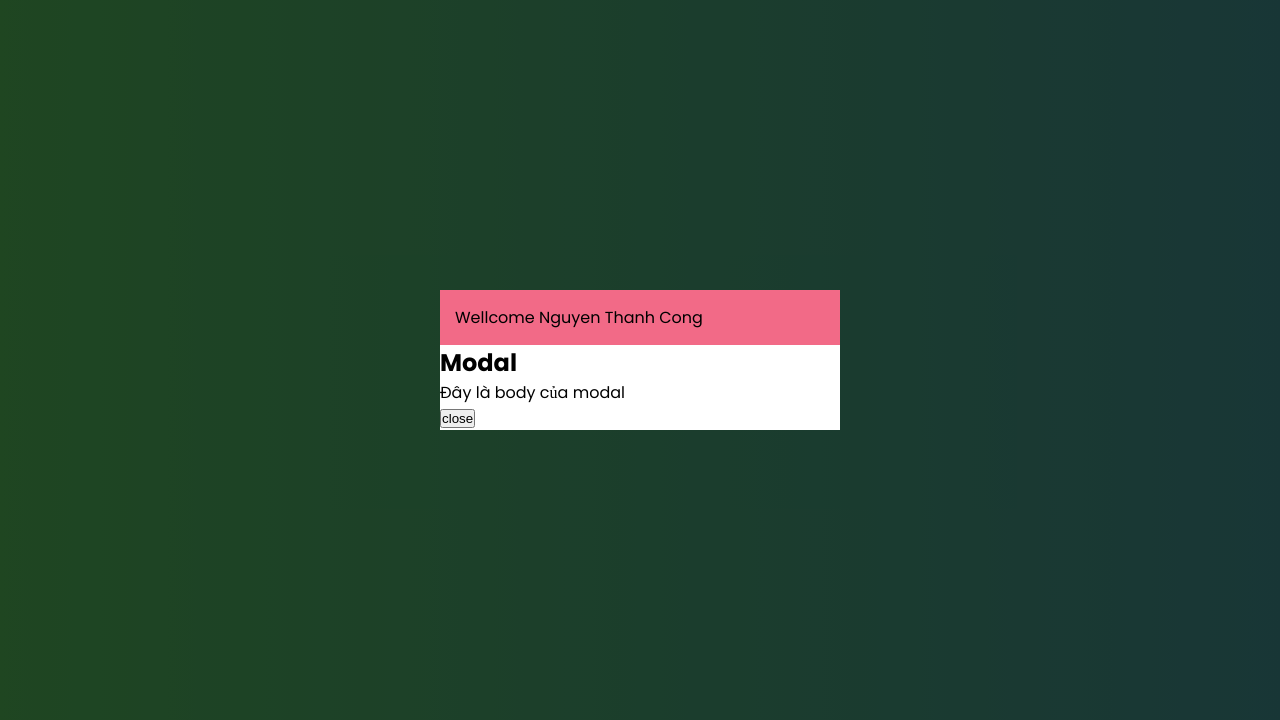
Repository: congnt98/Lean-javascript-in-project
Page: 30Days/3_Modal/index.html
The author's editor kept a copy of each file at every save. The page is drawn from the files as they stood at one save, then again after the next save.
The browser window is 1280 px wide. The pictures show the whole page.

Above is the page before, as saved 2024-02-18 20:19:40.

### 30Days/3_Modal/index.html
<!DOCTYPE html>
<html lang="en">

<head>
    <meta charset="UTF-8">
    <meta name="viewport" content="width=device-width, initial-scale=1.0">
    <title>Product Card</title>
    <link rel="stylesheet" href="./style.css">
    <link href='https://unpkg.com/boxicons@2.1.4/css/boxicons.min.css' rel='stylesheet'>
    <link
        href="https://fonts.googleapis.com/css2?family=Poppins:ital,wght@0,100;0,200;0,300;0,400;0,500;0,600;0,700;0,800;0,900;1,100;1,200;1,300;1,400;1,500;1,600;1,700;1,800;1,900&display=swap"
        rel="stylesheet">
    <link rel="stylesheet" href="https://cdnjs.cloudflare.com/ajax/libs/font-awesome/6.5.1/css/all.min.css">
</head>

<body>
    <div class="warapper">
        <button class="btn-modal-open">
            Open Modal
        </button>
        <div class="modal">
            <div class="modal__inner">
                <div class="modal__header">Wellcome Nguyen Thanh Cong</div>
                <div class="modal__body">
                    <h2 class="title">Modal</h2>
                    <span>Đây là body của modal</span>
                </div>
                <div class="modal__footer">
                    <button class="btn-close">close</button>
                </div>
            </div>
        </div>
    </div>
    <script src="./app.js"></script>
</body>

</html>

### 30Days/3_Modal/style.css
:root {
    --pink-color: #f26a87;
}

* {
    margin: 0;
    padding: 0;
    box-sizing: border-box;
}

body {
    min-height: 100vh;
    background: linear-gradient(to right, #4daf54, #3d8888);
    display: flex;
    justify-content: center;
    align-items: center;
    font-family: "poppins";
}

.warapper {
    max-width: 1200px;
    margin: 0 auto;
    width: 100%;
}

.btn-modal-open {
    display: inline-block;
    position: relative;
    left: 50%;
    transform: translateX(-50%);
    padding: 10px 20px;
    border-radius: 5px;
    outline: none;
    border: none;
    font-size: 25px;
    font-weight: 700;
}

.modal {
    position: fixed;
    top: 0;
    right: 0;
    bottom: 0;
    left: 0;
    background-color: rgb(0, 0, 0, 0.6);
}

.modal__inner {
    width: 400px;
    position: relative;
    overflow: hidden;
    top: 50%;
    left: 50%;
    transform: translate(-50%, -50%);
    color: #000;
    z-index: 1111;
    background-color: #fff;
}

.modal__header {
    background-color: var(--pink-color);
    padding: 15px;
    center
}

.modal__body {}

.modal__footer {}

Loaded but not shown: 30Days/3_Modal/app.js (no copy from this time; the picture is the same without it)

After the next save:
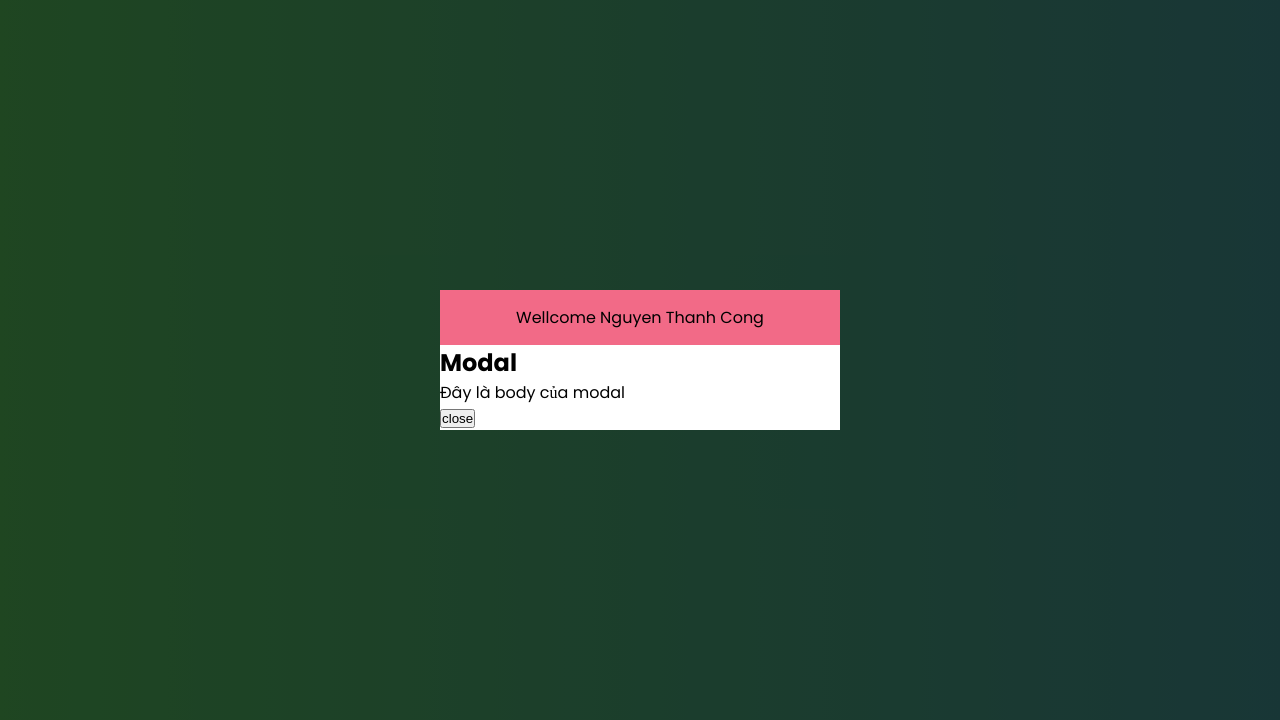
Saved 7 s later.
--- a/30Days/3_Modal/style.css
+++ b/30Days/3_Modal/style.css
@@ -60,7 +60,9 @@
 .modal__header {
     background-color: var(--pink-color);
     padding: 15px;
-    center
+    display: flex;
+    justify-content: center;
+    align-items: center;
 }
 
 .modal__body {}

After the save that followed:
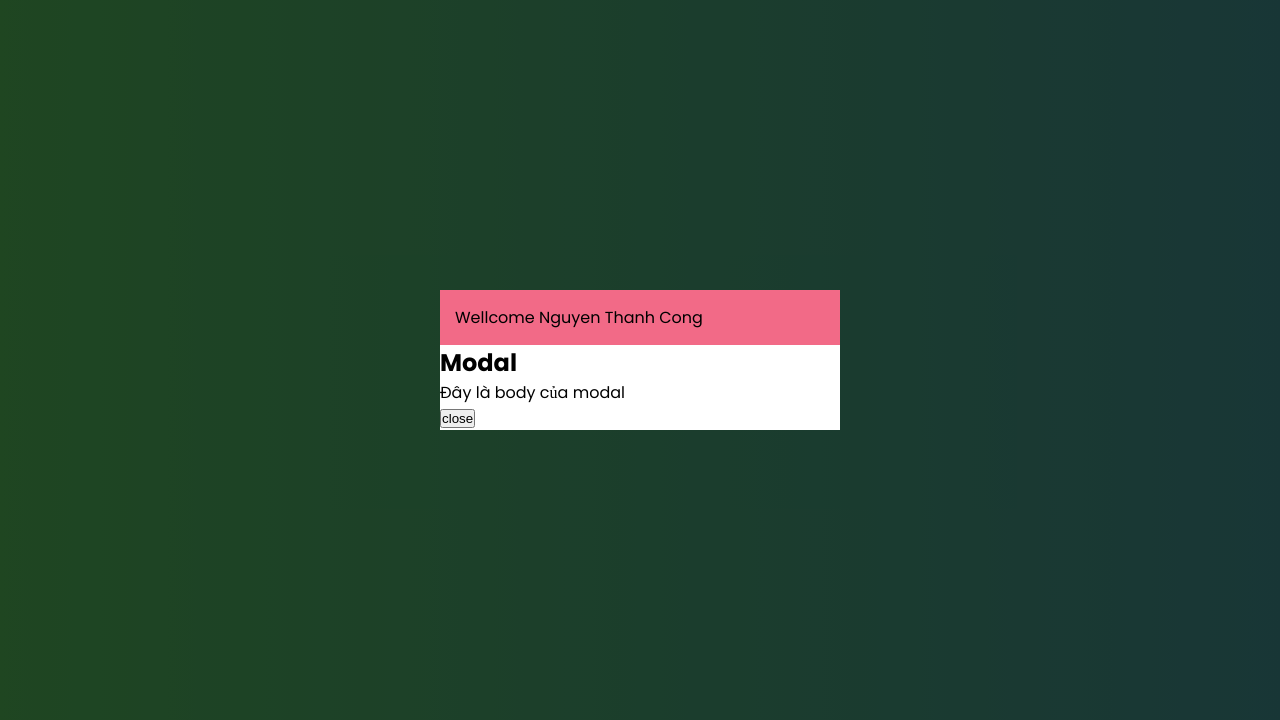
Saved 17 s later.
--- a/30Days/3_Modal/style.css
+++ b/30Days/3_Modal/style.css
@@ -61,7 +61,7 @@
     background-color: var(--pink-color);
     padding: 15px;
     display: flex;
-    justify-content: center;
+    justify-content: space-between;
     align-items: center;
 }
 
